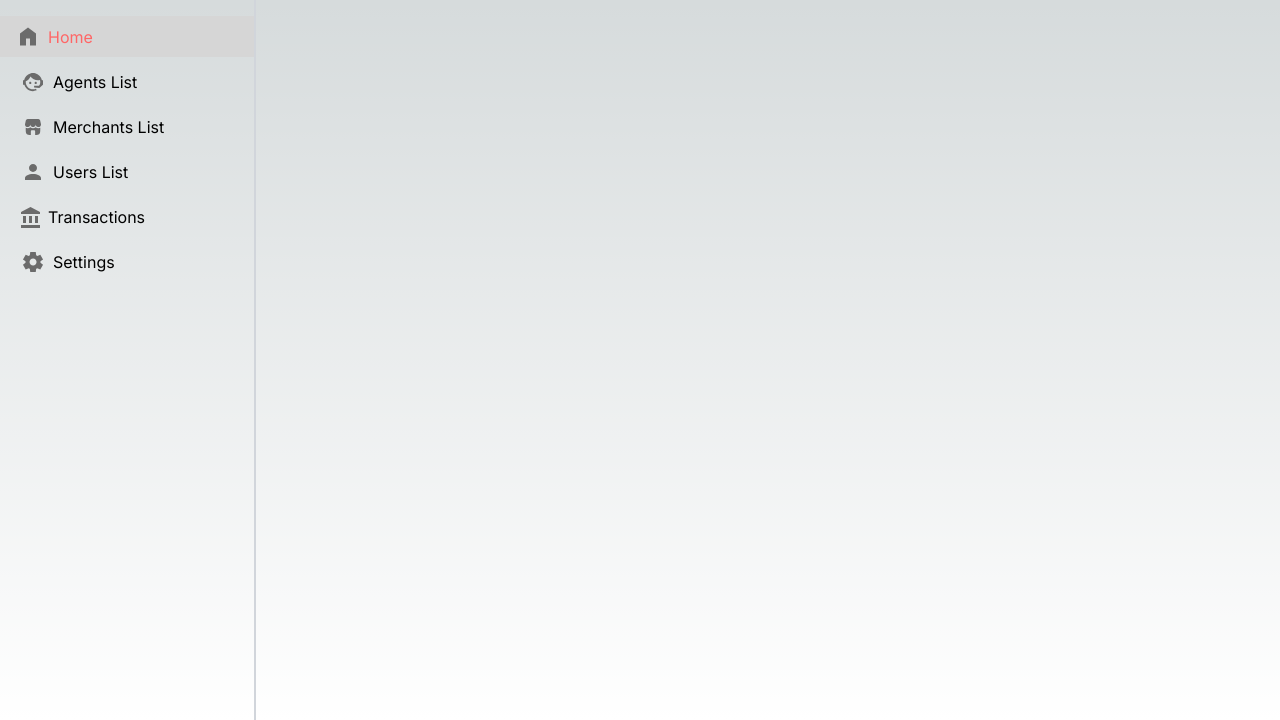
Repository: khairul35/merchant-dashboard
Page: /home
An editor plug-in stored every save of this project. The page is shown before and after the next save, followed by the edit.
The browser window is 1280 px wide. The pictures show the whole page.
The project was rebuilt for these pictures with package versions that can differ from the ones it lists, and the page was loaded fresh each time. The framework's server and built-in components were replaced by stand-ins that run in the browser. Also part of the build but not shown: next.config.js, app/components/layout/Header/index.module.css, app/components/layout/Header/index.component.tsx.

Above is the page before, as saved 2024-01-03 15:04:45.

### app/layout.tsx
import type { Metadata } from 'next'
import { Inter } from 'next/font/google'
import Header from './components/layout/Header';
import Navigation from './components/layout/Navigation';
import { NotificationProvider } from './components/notification/NotificationContext.client';
import './globals.css';

const inter = Inter({ subsets: ['latin'] })

export const metadata: Metadata = {
  title: 'Merchant apps',
  description: 'Merchant web app',
}

export default function RootLayout({
  children,
}: {
  children: React.ReactNode
}) {
  return (
    <html lang="en">
      <body className={inter.className}>
        <NotificationProvider>
        <div className='flex flex-col h-screen overflow-hidden'>
          <Header />
          <Navigation />
          {children}
        </div>
        </NotificationProvider>
      </body>
    </html>
  )
}

### app/home/page.tsx
const Dashboard = () => {
    return <></>
};

export default Dashboard;

### app/components/layout/Header/index.tsx
'use client';

import { useEffect } from "react";
import Component from './index.component'
import { HeaderProps } from "./index.props";

const Header = () => {

    const onLogOut = () => {
        window.localStorage.setItem('isLogin', 'false');
        window.location.href = '/login';
    };

    useEffect(() => {
        if (window.localStorage.getItem('isLogin') == 'true') {
        }
    }, []);

    const props: HeaderProps = {
        onLogOut
    }

    return window.localStorage.getItem('isLogin') == 'true' ?
        (
            <Component {...props} />
        )
        : (<></>)
};

export default Header;

### app/components/layout/Navigation/index.tsx
'use client'

import Component from "./index.component";
import { NavigationProps } from "./index.props";
import { useState, useEffect } from 'react';
import { menus } from "./menus";

const Navigation = () => {

    const [currentPath, setCurrentPath] = useState<string>('');

    useEffect(() => {
        setCurrentPath(window.location.pathname);
    }, []);

    const props: NavigationProps = {
        menus,
        path: currentPath,
        setCurrentPath,
    }

    return (
        <Component {...props} />
    );
};

export default Navigation;

### app/components/notification/NotificationContext.client.tsx
'use client';
import React, { createContext, useContext, useState } from 'react';

type NotificationType = 'success' | 'error' | 'loading';

type Notification = {
  message: string;
  type: NotificationType;
};

type NotificationContextType = {
  notification: Notification | null;
  showNotification: (message: string, type: NotificationType) => void;
  closeNotification: () => void;
};

const NotificationContext = createContext<NotificationContextType | null>(null);

interface NotificationProviderProps {
  children: React.ReactNode;
}

export const useNotification = () => {
  const context = useContext(NotificationContext);
  if (!context) {
    throw new Error('useNotification must be used within a NotificationProvider');
  }
  return context;
};

export const NotificationProvider: React.FC<NotificationProviderProps> = ({ children }) => {
  const [notification, setNotification] = useState<Notification | null>(null);

  const closeNotification = () => {
    setNotification(null);
  };

  const showNotification = (message: string, type: NotificationType) => {
    setNotification({ message, type });
    setTimeout(() => {
      closeNotification();
    }, 5000);
  };

  const value: NotificationContextType = {
    notification,
    showNotification,
    closeNotification,
  };

  return (
    <NotificationContext.Provider value={value}>
      {children}
    </NotificationContext.Provider>
  );
};

### app/globals.css
@tailwind base;
@tailwind components;
@tailwind utilities;

:root {
  --foreground-rgb: 0, 0, 0;
  --background-start-rgb: 214, 219, 220;
  --background-end-rgb: 255, 255, 255;
}

body {
  color: rgb(var(--foreground-rgb));
  background: linear-gradient(
      to bottom,
      transparent,
      rgb(var(--background-end-rgb))
    )
    rgb(var(--background-start-rgb));
    margin: 0;
    padding: 0;
}

### app/components/layout/Navigation/index.component.tsx
import { Menu, NavigationProps } from "./index.props";
import styles from './index.module.css';
import Link from "next/link";

const Component = (props: NavigationProps) => {
    const { menus, path, setCurrentPath } = props;

    return (
        <nav className="w-64 min-h-screen py-4 border-r-2 border-gray-300">
            {/* Navigation items */}
            {
                menus.map((e: Menu) => {
                    const isSelected = path === e.path; // Check if the path matches
                    const linkClassName = isSelected ?
                        `${styles.menuSelected} flex items-center space-x-2 px-4 py-2`
                        : `${styles.menu} flex items-center space-x-2 px-4 py-2`;
                    return (
                        <Link
                            href={e.path}
                            onClick={() => setCurrentPath(e.path)}
                            key={e.id}
                            className={linkClassName}
                        >
                            {e.icon()}
                            <span className="font">
                                {e.title}
                            </span>
                        </Link>
                    );
                })
            }
        </nav>
    );
};

export default Component;

### app/components/layout/Navigation/menus.tsx
import { Menu } from "./index.props";

export const menus: Menu[] = [
    {
        id: 1,
        title: 'Home',
        path: '/home',
        icon: () => {
            return (
                <svg xmlns="http://www.w3.org/2000/svg" width="24" height="25" viewBox="0 0 24 25" fill="none">
                    <path d="M4 21.5V9.5L12 3.5L20 9.5V21.5H14V14.5H10V21.5H4Z" fill="#6B6B6B"/>
                </svg>
            );
        },
    },
    {
        id: 2,
        title: 'Agents List',
        path: '/agents',
        icon: () => {
            return (
                <svg xmlns="http://www.w3.org/2000/svg" width="24" height="24" viewBox="0 0 24 24" fill="none">
                    <path d="M18.72 14.8408C19.07 13.9908 19.26 13.0808 19.26 12.0808C19.26 11.3608 19.15 10.6708 18.96 10.0308C18.31 10.1808 17.63 10.2608 16.92 10.2608C15.466 10.2623 14.0329 9.91428 12.7415 9.24598C11.4502 8.57768 10.3384 7.60871 9.5 6.42076C8.6031 8.59093 6.91112 10.3366 4.77 11.3008C4.73 11.5508 4.73 11.8208 4.73 12.0808C4.73 13.0355 4.91804 13.9808 5.2834 14.8629C5.64875 15.7449 6.18425 16.5463 6.85933 17.2214C8.22272 18.5848 10.0719 19.3508 12 19.3508C13.05 19.3508 14.06 19.1208 14.97 18.7108C15.54 19.8008 15.8 20.3408 15.78 20.3408C14.14 20.8908 12.87 21.1608 12 21.1608C9.58 21.1608 7.27 20.2108 5.57 18.5008C4.536 17.4699 3.76737 16.2038 3.33 14.8108H2V10.2608H3.09C3.42024 8.65327 4.17949 7.16517 5.28719 5.95435C6.39489 4.74353 7.80971 3.85516 9.38153 3.38352C10.9534 2.91187 12.6235 2.87453 14.2149 3.27546C15.8062 3.6764 17.2593 4.50065 18.42 5.66076C19.6802 6.91601 20.5398 8.51686 20.89 10.2608H22V14.8108H21.94L18.38 18.0808L13.08 17.4808V15.8108H17.91L18.72 14.8408ZM9.27 11.8508C9.57 11.8508 9.86 11.9708 10.07 12.1908C10.281 12.4035 10.3995 12.6911 10.3995 12.9908C10.3995 13.2904 10.281 13.578 10.07 13.7908C9.86 14.0008 9.57 14.1208 9.27 14.1208C8.64 14.1208 8.13 13.6208 8.13 12.9908C8.13 12.3608 8.64 11.8508 9.27 11.8508ZM14.72 11.8508C15.35 11.8508 15.85 12.3608 15.85 12.9908C15.85 13.6208 15.35 14.1208 14.72 14.1208C14.09 14.1208 13.58 13.6208 13.58 12.9908C13.58 12.6884 13.7001 12.3984 13.9139 12.1847C14.1277 11.9709 14.4177 11.8508 14.72 11.8508Z" fill="#6B6B6B"/>
                </svg>
            );
        },
    },
    {
        id: 3,
        title: 'Merchants List',
        path: '/merchants',
        icon: () => {
            return (
                <svg xmlns="http://www.w3.org/2000/svg" width="24" height="24" viewBox="0 0 24 24" fill="none">
                    <path d="M4.95161 5.3246C4.79644 5.61273 4.72015 5.96969 4.56755 6.68201L4.05491 9.07508C3.98226 9.40137 3.98169 9.73807 4.05326 10.0646C4.12482 10.3911 4.267 10.7005 4.4711 10.9739C4.6752 11.2473 4.93692 11.479 5.24024 11.6547C5.54355 11.8304 5.88209 11.9464 6.23512 11.9957C6.58814 12.045 6.94824 12.0265 7.29335 11.9414C7.63846 11.8563 7.96133 11.7063 8.24219 11.5006C8.52305 11.2949 8.756 11.0379 8.92677 10.7452C9.09754 10.4526 9.20254 10.1305 9.23533 9.79861L9.29534 9.24636C9.26286 9.59759 9.3092 9.95128 9.43141 10.2848C9.55363 10.6184 9.74902 10.9245 10.0051 11.1836C10.2612 11.4426 10.5724 11.649 10.9187 11.7894C11.2651 11.9298 11.639 12.0013 12.0166 11.9991C12.3942 11.997 12.7671 11.9214 13.1116 11.7771C13.4562 11.6327 13.7646 11.4229 14.0174 11.161C14.2701 10.8991 14.4615 10.5908 14.5794 10.2559C14.6973 9.92097 14.7391 9.56679 14.7021 9.21595L14.7647 9.79861C14.7975 10.1305 14.9025 10.4526 15.0732 10.7452C15.244 11.0379 15.4769 11.2949 15.7578 11.5006C16.0387 11.7063 16.3615 11.8563 16.7067 11.9414C17.0518 12.0265 17.4119 12.045 17.7649 11.9957C18.1179 11.9464 18.4564 11.8304 18.7598 11.6547C19.0631 11.479 19.3248 11.2473 19.5289 10.9739C19.733 10.7005 19.8752 10.3911 19.9467 10.0646C20.0183 9.73807 20.0177 9.40137 19.9451 9.07508L19.4324 6.68201C19.2799 5.96969 19.2036 5.61353 19.0484 5.3246C18.8867 5.02369 18.6591 4.75789 18.3802 4.54445C18.1014 4.331 17.7776 4.17468 17.4299 4.08564C17.0956 4 16.7064 4 15.928 4H8.07203C7.29364 4 6.90444 4 6.57011 4.08564C6.22238 4.17468 5.89859 4.331 5.61976 4.54445C5.34092 4.75789 5.11328 5.02369 4.95161 5.3246ZM17.3742 13.2041C18.044 13.2057 18.7028 13.0455 19.2867 12.7391V13.6043C19.2867 16.6225 19.2867 18.132 18.282 19.0692C17.4736 19.8247 16.2692 19.9712 14.1432 20V17.2059C14.1432 16.4576 14.1432 16.0838 13.9708 15.8053C13.858 15.6228 13.6957 15.4713 13.5002 15.3659C13.2019 15.205 12.8015 15.205 12 15.205C11.1985 15.205 10.7981 15.205 10.4998 15.3659C10.3043 15.4713 10.142 15.6228 10.0292 15.8053C9.85685 16.0838 9.85685 16.4576 9.85685 17.2059V20C7.73084 19.9712 6.52639 19.8239 5.718 19.0692C4.71329 18.132 4.71329 16.6225 4.71329 13.6043V12.7391C5.29743 13.0457 5.9566 13.2059 6.62669 13.2041C7.61739 13.2048 8.57122 12.8534 9.29449 12.2213C10.0316 12.8552 10.9978 13.2062 12 13.2041C13.0022 13.2061 13.9683 12.8552 14.7055 12.2213C15.4288 12.8534 16.3835 13.2048 17.3742 13.2041Z" fill="#6B6B6B"/>
                </svg>
            );
        },
    },
    {
        id: 4,
        title: 'Users List',
        path: '/users',
        icon: () => {
            return (
                <svg xmlns="http://www.w3.org/2000/svg" width="24" height="24" viewBox="0 0 24 24" fill="none">
                    <path d="M12 4C13.0609 4 14.0783 4.42143 14.8284 5.17157C15.5786 5.92172 16 6.93913 16 8C16 9.06087 15.5786 10.0783 14.8284 10.8284C14.0783 11.5786 13.0609 12 12 12C10.9391 12 9.92172 11.5786 9.17157 10.8284C8.42143 10.0783 8 9.06087 8 8C8 6.93913 8.42143 5.92172 9.17157 5.17157C9.92172 4.42143 10.9391 4 12 4ZM12 14C16.42 14 20 15.79 20 18V20H4V18C4 15.79 7.58 14 12 14Z" fill="#6B6B6B"/>
                </svg>
            );
        },
    },
    {
        id: 5,
        title: 'Transactions',
        path: '/transactions',
        icon: () => {
            return (
                <svg xmlns="http://www.w3.org/2000/svg" width="19" height="21" viewBox="0 0 19 21" fill="none">
                    <path d="M9.5 0L0 5V7H19V5M14 9V16H17V9M0 21H19V18H0M8 9V16H11V9M2 9V16H5V9H2Z" fill="#6B6B6B"/>
                </svg>
            );
        },
    },
    {
        id: 6,
        title: 'Settings',
        path: '/settings',
        icon: () => {
            return (
                <svg xmlns="http://www.w3.org/2000/svg" width="24" height="24" viewBox="0 0 24 24" fill="none">
                    <path d="M9.25001 22L8.85001 18.8C8.63335 18.7167 8.42935 18.6167 8.23801 18.5C8.04668 18.3833 7.85901 18.2583 7.67501 18.125L4.70001 19.375L1.95001 14.625L4.52501 12.675C4.50835 12.5583 4.50001 12.446 4.50001 12.338V11.663C4.50001 11.5543 4.50835 11.4417 4.52501 11.325L1.95001 9.375L4.70001 4.625L7.67501 5.875C7.85835 5.74167 8.05001 5.61667 8.25001 5.5C8.45001 5.38333 8.65001 5.28333 8.85001 5.2L9.25001 2H14.75L15.15 5.2C15.3667 5.28333 15.571 5.38333 15.763 5.5C15.955 5.61667 16.1423 5.74167 16.325 5.875L19.3 4.625L22.05 9.375L19.475 11.325C19.4917 11.4417 19.5 11.5543 19.5 11.663V12.337C19.5 12.4457 19.4833 12.5583 19.45 12.675L22.025 14.625L19.275 19.375L16.325 18.125C16.1417 18.2583 15.95 18.3833 15.75 18.5C15.55 18.6167 15.35 18.7167 15.15 18.8L14.75 22H9.25001ZM12.05 15.5C13.0167 15.5 13.8417 15.1583 14.525 14.475C15.2083 13.7917 15.55 12.9667 15.55 12C15.55 11.0333 15.2083 10.2083 14.525 9.525C13.8417 8.84167 13.0167 8.5 12.05 8.5C11.0667 8.5 10.2373 8.84167 9.56201 9.525C8.88668 10.2083 8.54935 11.0333 8.55001 12C8.55001 12.9667 8.88768 13.7917 9.56301 14.475C10.2383 15.1583 11.0673 15.5 12.05 15.5Z" fill="#6B6B6B"/>
                </svg>
            );
        },
    },
];

### app/components/layout/Navigation/index.module.css
.menu {
    padding: 10px 15px;
    margin: 5px;
    cursor: pointer;
}

.menu:hover {
    color: #FF6666;
    background-color: #D6D6D6;
}

.menu:hover svg path {
  fill: #FF6666; /* Adjust the fill color */
}

.menuSelected {
    color: #FF6666;
    background-color: #D6D6D6;
}

### tailwind.config.ts
import type { Config } from 'tailwindcss'

const config: Config = {
  content: [
    './pages/**/*.{js,ts,jsx,tsx,mdx}',
    './components/**/*.{js,ts,jsx,tsx,mdx}',
    './app/**/*.{js,ts,jsx,tsx,mdx}',
  ],
  theme: {
    extend: {
      backgroundImage: {
        'gradient-radial': 'radial-gradient(var(--tw-gradient-stops))',
        'gradient-conic':
          'conic-gradient(from 180deg at 50% 50%, var(--tw-gradient-stops))',
      },
      backgroundColor: {
        'bg-color': '#EAEAEA', // Define a custom background color class
      },
      button: {
        'primary': '#7A7A7A',
      },
      fontWeight: {
        'label': '600',
      },
    },
  },
  plugins: [require("daisyui")],
  daisyui: {
    themes: [
      {
        mytheme: {
          "primary": "##7A7A7A",
          "secondary": "#d926a9",
          "accent": "#1fb2a6",
          "neutral": "#2a323c",
          "base-100": "#1d232a",
          "info": "#3abff8",
          "success": "#36d399",
          "warning": "#fbbd23",
          "error": "#f87272",
        },
      },
    ],
  },
}
export default config

After the next save:
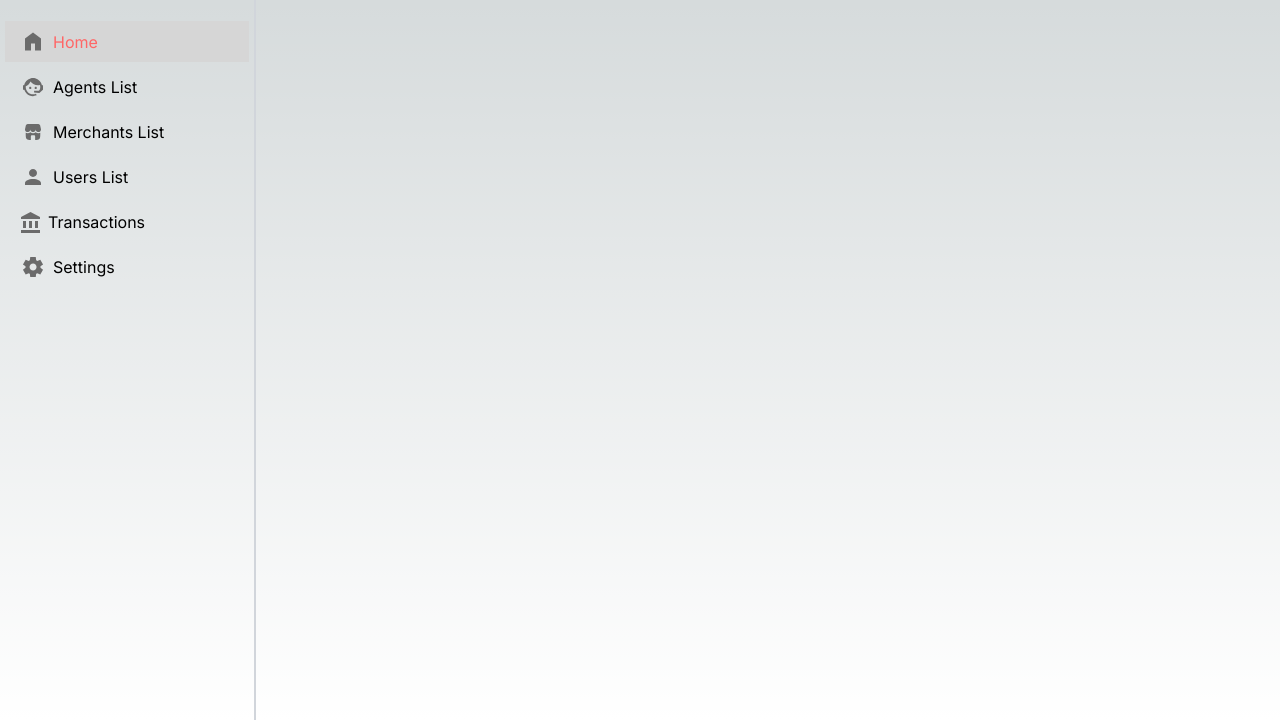
Saved 18 s later.
--- a/app/components/layout/Navigation/index.module.css
+++ b/app/components/layout/Navigation/index.module.css
@@ -16,4 +16,7 @@
 .menuSelected {
     color: #FF6666;
     background-color: #D6D6D6;
+    padding: 10px 15px;
+    margin: 5px;
+    cursor: pointer;
 }
